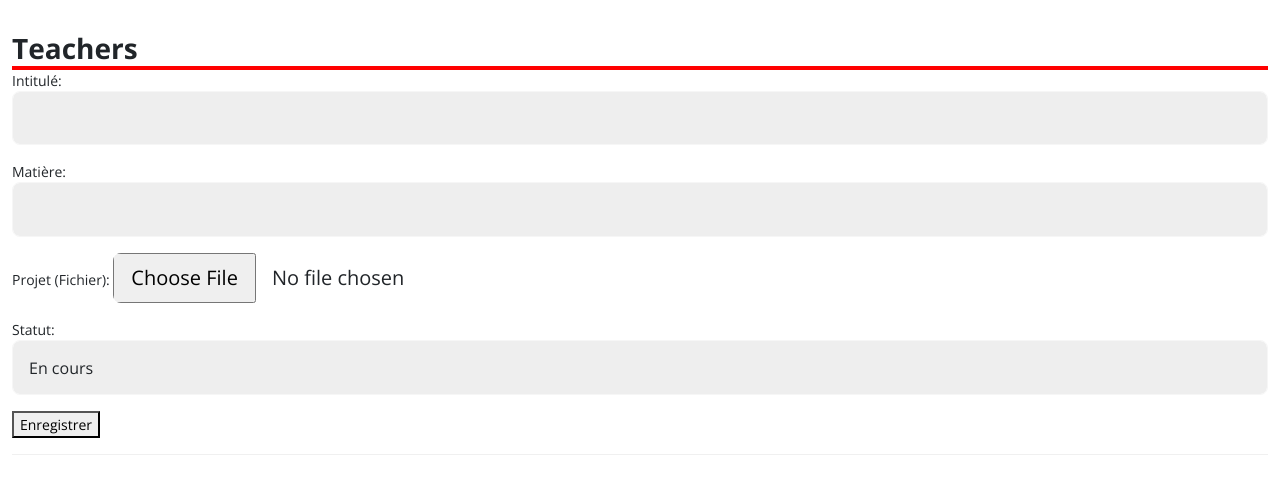
Repository: dimitri0004/Moodle
Page: http://localhost/enseignant/projet/ajouter
The author's editor kept a copy of each file at every save. The page is drawn from the files as they stood at one save, then again after the next save.
The browser window is 1280 px wide. The pictures show the whole page.
The page is served by the project's application, run on Django 4.2 (manage.py). Other server files are loaded and not shown.

Above is the page before, as saved 2023-08-16 14:56:43.
Console error: TypeError: Cannot set properties of null (setting 'innerHTML')

### templates/Enseignant/projet.html
{% extends "base.html" %}
{% block content %}
<!DOCTYPE html>
<html lang="en">
<head>
    <meta charset="UTF-8">
    <title>Ajouter un projet</title>
</head>
<body>
    <div class="body d-flex py-lg-3 py-md-2">
        <div class="container-xxl">
            <div class="row">
                <div class="col-md-12">
                    <div class="card border-0 mb-4 no-bg">
                        <div class="card-header py-3 px-0  align-items-center  justify-content-between border-bottom">
                            <h3 class=" fw-bold flex-fill mb-0" style="border-bottom: 4px solid red; ">Teachers</h3>


                            <form method="post"   enctype="multipart/form-data">
                                {% csrf_token %}
                                <div class="col-12">
                                    <div class="mb-2">
                                    {{ form.as_p }}
                                    </div>
                                </div>
                                <button type="submit">Enregistrer</button>
                            </form>
                       </div>
                    </div>
                </div>
            </div>
        </div>
    </div>
</body>
</html>


{% endblock %}

### templates/base.html
{% load static %}
<!DOCTYPE html>
<html lang="en">
<head>
    <meta charset="UTF-8">
    <meta name="viewport" content="width=device-width, initial-scale=1.0">
    <title>Document</title>

    <link rel="icon" href="favicon.ico" type="image/x-icon"> <!-- Favicon-->

    <!-- plugin css file  -->
    <link rel="stylesheet" href="{% static 'assets/css/carousel.min.css' %}" />
    <!-- project css file  -->
    <link rel="stylesheet" href="{% static 'assets/css/e-learn.style.min.css' %}">
    <!-- Google Code  -->
    <script async src="https://www.googletagmanager.com/gtag/js?id=UA-264428387-1"></script>
    <script>
      window.dataLayer = window.dataLayer || [];
      function gtag(){dataLayer.push(arguments);}
      gtag('js', new Date());

      gtag('config', 'UA-264428387-1');
    </script>

    <script src="{% static 'assets/bundles/libscripts.bundle.js' %}"></script>

    <!-- Plugin Js-->
    <script src="{% static 'assets/bundles/carousel.bundle.js' %}"></script>
    <script src="{% static 'assets/bundles/apexcharts.bundle.js' %}"></script>

    <!-- Jquery Page Js -->
    <script src="{% static 'js/template.js' %}"></script>
    <script src="{% static 'js/page/elearn-index.js' %}"></script>
</head>
<body>
   {% if user.is_authenticated %}

    {% include "_partiels/nav.html" %}
   {% endif %}


    {% block content %}{% endblock %}
</body>
</html>

### AppEcole/forms.py
from django import forms
from .models import Devoir

class ProjetForm(forms.ModelForm):
    intitule = forms.CharField(label='Intitulé', widget=forms.TextInput(attrs={
        'class': 'form-control form-control-lg'
    }))
    matiere = forms.CharField(label='Matière', widget=forms.TextInput(attrs={
        'class': 'form-control form-control-lg'
    }))
    projet = forms.FileField(label='Projet (Fichier)', widget=forms.ClearableFileInput(attrs={
        'class': 'form-control-file  form-control-lg'
    }))
    statut = forms.ChoiceField(label='Statut', choices=Devoir.STATUT_CHOICES, widget=forms.Select(attrs={
        'class': 'form-control form-control-lg'
    }))

    class Meta:
        model = Devoir
        fields = ['intitule', 'matiere', 'projet', 'statut']

### AppEcole/models.py
from django.db import models
from django.contrib.auth.models import AbstractUser
class User(AbstractUser):
    ETUDIANT= " ETUDIANT"
    ENSEIGNANT="ENSEIGNANT"
    ADMINISTRATEUR=" ADMINISTRATEUR"

    ROLE_CHOICES = (
        ('ETUDIANT', 'Etudiant'),
        ('ENSEIGNANT', 'Enseignant'),
        ('ADMINISTRATEUR', 'Administrateur'),
    )

    role = models.CharField(max_length=30, choices=ROLE_CHOICES, verbose_name='Rôle')
    birthdate = models.DateField(null=True, blank=False)
    identifiant = models.CharField(max_length=20, null=True, blank=False)

    def __str__(self):
        return self.username

class Devoir(models.Model):

    STATUT_CHOICES = [
        ('en_cours', 'En cours'),
        ('soumis', 'Soumis'),
        ('corrigé', 'Corrige'),
        ('traité', 'Traite'),
        ('archivé', 'Archivé'),
    ]
    intitule=models.CharField(max_length=255)
    matiere=models.CharField(max_length=255)
    statut = models.CharField(max_length=20, choices=STATUT_CHOICES)
    projet = models.FileField(upload_to='projets')

    def __str__(self):
        return self.intitule


# Create your models here.

### AppEcole/views.py
from django.shortcuts import render,redirect
from django.core.validators import validate_email
from django.contrib.auth.models import User
from django.db.models import Q
from django.contrib.auth.decorators import login_required
from django.contrib.auth import authenticate, login, logout
from .forms import ProjetForm


from django.contrib.auth import get_user_model

def index(request):
    return render(request,'index.html')

def inscription(request):
    error = False
    message = ""

    if request.method == "POST":
        username = request.POST.get('username')
        email = request.POST.get('email')
        nom = request.POST.get('nom')
        prenom = request.POST.get('prenom')
        password = request.POST.get('password')
        confirmePassword = request.POST.get('confirmePassword')
        role = request.POST.get('role')
        identifiant = request.POST.get('identifiant')
        date = request.POST.get('date')# Récupérer le rôle du formulaire

        try:
            validate_email(email)
        except:
            error = True
            message = "Entrer un email valide svp"

        User = get_user_model()  # Obtenir le modèle utilisateur personnalisé

        user = User.objects.filter(Q(email=email) | Q(username=username)).first()
        if user:
            error = True
            message = f"L'email {email} ou le nom d'utilisateur {nom} est déjà utilisé par un utilisateur"

        if password != confirmePassword:
            error = True
            message = "Les deux mots de passe ne sont pas identiques"

        if error == False:
            user = User(

                username=username,
                email=email,
                last_name=nom,
                first_name=prenom,
                identifiant=identifiant,
                role=role,
                birthdate=date# Enregistrer le rôle dans le modèle
            )
            user.set_password(password)
            user.save()
            return redirect('acceuil')

    context = {
        'error': error,
        'message': message
    }
    return render(request, 'Utilisateur/inscription.html', context)

def connexion(request):
    error=False
    message=""
    if request.method=="POST":

        email=request.POST.get('email', None)
        password=request.POST.get('password', None)

        User = get_user_model()
        user=User.objects.filter(email=email).first()
        if user:
            user=authenticate(username=user.username, password=password)
            if user:
                login(request, user)
                return redirect('acceuil')
            else:
                error=True
                message="mot de passe  incorrecte"
        else:
            error=True
            message="l'utilisateur n'existe pas"
    return render(request, 'Utilisateur/connexion.html', {'error':error, 'message':message})

def ajouter_projet(request):
    if request.method == 'POST':
        form = ProjetForm(request.POST, request.FILES)
        if form.is_valid():
            form.save()
            return redirect('ajouter_projet')  # Rediriger vers la liste des projets
    else:
        form = ProjetForm()

    context = {'form': form}
    return render(request, 'Enseignant/projet.html', context)

# Create your views here.

### MoodleProject/urls.py
"""
URL configuration for MoodleProject project.

The `urlpatterns` list routes URLs to views. For more information please see:
    https://docs.djangoproject.com/en/4.2/topics/http/urls/
Examples:
Function views
    1. Add an import:  from my_app import views
    2. Add a URL to urlpatterns:  path('', views.home, name='home')
Class-based views
    1. Add an import:  from other_app.views import Home
    2. Add a URL to urlpatterns:  path('', Home.as_view(), name='home')
Including another URLconf
    1. Import the include() function: from django.urls import include, path
    2. Add a URL to urlpatterns:  path('blog/', include('blog.urls'))
"""
from django.contrib import admin
from django.urls import path,include
from django.conf import settings
from django.conf.urls.static import static


urlpatterns = [
    path('admin/', admin.site.urls),
    path('', include('AppEcole.urls')),
]
if settings.DEBUG:
    urlpatterns += static(settings.MEDIA_URL,
    document_root=settings.MEDIA_ROOT)

### AppEcole/urls.py
from django.urls import path
from .views import index, inscription, connexion,ajouter_projet
urlpatterns = [
    path('acceuil', index, name='acceuil'),
    path('inscription/', inscription, name='register'),
    path('connexion/', connexion, name='login'),
    path('enseignant/projet/ajouter', ajouter_projet, name='ajouter_projet'),

]

### static/assets/css/carousel.min.css
.owl-carousel,.owl-carousel .owl-item{-webkit-tap-highlight-color:transparent;position:relative}.owl-carousel{display:none;width:100%;z-index:1}.owl-carousel .owl-stage{position:relative;-ms-touch-action:pan-Y;-moz-backface-visibility:hidden}.owl-carousel .owl-stage:after{content:".";display:block;clear:both;visibility:hidden;line-height:0;height:0}.owl-carousel .owl-stage-outer{position:relative;overflow:hidden;-webkit-transform:translate3d(0, 0, 0)}.owl-carousel .owl-item,.owl-carousel .owl-wrapper{-webkit-backface-visibility:hidden;-moz-backface-visibility:hidden;-ms-backface-visibility:hidden;-webkit-transform:translate3d(0, 0, 0);-moz-transform:translate3d(0, 0, 0);-ms-transform:translate3d(0, 0, 0)}.owl-carousel .owl-item{min-height:1px;float:left;-webkit-backface-visibility:hidden;-webkit-touch-callout:none}.owl-carousel .owl-item img{display:block;width:100%}.owl-carousel .owl-dots.disabled,.owl-carousel .owl-nav.disabled{display:none}.no-js .owl-carousel,.owl-carousel.owl-loaded{display:block}.owl-carousel .owl-dot,.owl-carousel .owl-nav .owl-next,.owl-carousel .owl-nav .owl-prev{cursor:pointer;cursor:hand;-webkit-user-select:none;-khtml-user-select:none;-moz-user-select:none;-ms-user-select:none;user-select:none}.owl-carousel.owl-loading{opacity:0;display:block}.owl-carousel.owl-hidden{opacity:0}.owl-carousel.owl-refresh .owl-item{visibility:hidden}.owl-carousel.owl-drag .owl-item{-webkit-user-select:none;-moz-user-select:none;-ms-user-select:none;user-select:none}.owl-carousel.owl-grab{cursor:move;cursor:grab}.owl-carousel.owl-rtl{direction:rtl}.owl-carousel.owl-rtl .owl-item{float:right}.owl-carousel .animated{animation-duration:1s;animation-fill-mode:both}.owl-carousel .owl-animated-in{z-index:0}.owl-carousel .owl-animated-out{z-index:1}.owl-carousel .fadeOut{animation-name:fadeOut}@keyframes fadeOut{0%{opacity:1}100%{opacity:0}}.owl-height{transition:height .5s ease-in-out}.owl-carousel .owl-item .owl-lazy{opacity:0;transition:opacity .4s ease}.owl-carousel .owl-item img.owl-lazy{transform-style:preserve-3d}.owl-carousel .owl-video-wrapper{position:relative;height:100%;background:#000}.owl-carousel .owl-video-play-icon{position:absolute;height:80px;width:80px;left:50%;top:50%;margin-left:-40px;margin-top:-40px;background:url(owl.video.play.html) no-repeat;cursor:pointer;z-index:1;-webkit-backface-visibility:hidden;transition:transform .1s ease}.owl-carousel .owl-video-play-icon:hover{-ms-transform:scale(1.3, 1.3);transform:scale(1.3, 1.3)}.owl-carousel .owl-video-playing .owl-video-play-icon,.owl-carousel .owl-video-playing .owl-video-tn{display:none}.owl-carousel .owl-video-tn{opacity:0;height:100%;background-position:center center;background-repeat:no-repeat;background-size:contain;transition:opacity .4s ease}.owl-carousel .owl-video-frame{position:relative;z-index:1;height:100%;width:100%}

### static/js/template.js
if (typeof jQuery === "undefined") {
    throw new Error("jQuery plugins need to be before this file");
}

$(function() {
    "use strict";

    // main sidebar toggle js
    $('.menu-toggle').on('click', function () {
        $('.sidebar').toggleClass('open');
        $('.open').removeClass('sidebar-mini');
    });

    // layout a sidebar mini version
    $('.sidebar-mini-btn').on('click', function () {
        $('.sidebar').toggleClass('sidebar-mini');
        $('.sidebar-mini').removeClass('open');
    });

    // chat page chatlist toggle js
    $('.chatlist-toggle').on('click', function () {
        $('.card-chat').toggleClass('open');
    });

    $(".theme-rtl input").on('change',function() {
        if(this.checked) {
            $("body").addClass('rtl_mode');
        }else{
            $("body").removeClass('rtl_mode');
        }

    });

    // cSidebar overflow daynamic height

    overFlowDynamic();

    $(window).resize(function(){
        overFlowDynamic();
    });

    function overFlowDynamic(){
        var sideheight=$(".sidebar.sidebar-mini").height() + 48;

        if(sideheight <= 760) {
            $(".sidebar.sidebar-mini").css( "overflow", "scroll");
        }
        else{
            $(".sidebar.sidebar-mini").css( "overflow", "visible");
        }
    }


    // Dropdown scroll hide using table responsive

    $('.table-responsive').on('show.bs.dropdown', function () {
        $('.table-responsive').css( "overflow", "inherit" );
    });

    $('.table-responsive').on('hide.bs.dropdown', function () {
            $('.table-responsive').css( "overflow", "auto" );
    })

    // light and dark theme setting js
    var toggleSwitch = document.querySelector('.theme-switch input[type="checkbox"]');
    var toggleHcSwitch = document.querySelector('.theme-high-contrast input[type="checkbox"]');
    var currentTheme = localStorage.getItem('theme');
    if (currentTheme) {
        document.documentElement.setAttribute('data-theme', currentTheme);

        if (currentTheme === 'dark') {
            toggleSwitch.checked = true;
        }
        if (currentTheme === 'high-contrast') {
            toggleHcSwitch.checked = true;
            toggleSwitch.checked = false;
        }
    }
    function switchTheme(e) {
        if (e.target.checked) {
            document.documentElement.setAttribute('data-theme', 'dark');
            localStorage.setItem('theme', 'dark');
            $('.theme-high-contrast input[type="checkbox"]').prop("checked", false);
        }
        else {
            document.documentElement.setAttribute('data-theme', 'light');
            localStorage.setItem('theme', 'light');
        }
    }
    toggleSwitch.addEventListener('change', switchTheme, false);
    // end
});

// live support team js
$(function() {
    "use strict";
    var Tawk_API=Tawk_API||{}, Tawk_LoadStart=new Date();
    (function(){
        var s1=document.createElement("script"),s0=document.getElementsByTagName("script")[0];
        s1.async=true;
        s1.src='https://embed.tawk.to/6051a040f7ce18270930e55a/1f0vdjvfu';
        s1.charset='UTF-8';
        s1.setAttribute('crossorigin','*');
        s0.parentNode.insertBefore(s1,s0);
    })();
});

### static/js/page/elearn-index.js
if (typeof jQuery === "undefined") {
    throw new Error("jQuery plugins need to be before this file");
}
$(function() {
    "use strict";
    var tooltipTriggerList = [].slice.call(document.querySelectorAll('[data-bs-toggle="tooltip"]'))
    var tooltipList = tooltipTriggerList.map(function (tooltipTriggerEl) {
        return new bootstrap.Tooltip(tooltipTriggerEl)
    })

    /*****Owl Slider************/
    $(document).ready(function(){
        $('.owl-carouselone').owlCarousel({
            stagePadding: 30,
            loop:true,
            margin:10,
            nav:true,
            navText: ["<img src='../dist/assets/images/stylish-left.png'>","<img src='../dist/assets/images/stylish-right.png'>"],
            responsive:{
                0:{
                    items:1
                },
                480:{
                    items:3
                },
                600:{
                    items:3
                },
                740:{
                    items:6
                },
                1000:{
                    items:2
                },
                1100:{
                    items:3
                },
                1400:{
                    items:3
                },
                1500:{
                    items:4
                }
            }
        })

        $('.owl-carouseltwo').owlCarousel({
            loop:true,
            margin:5,
            autoplay:true,
            autoplayTimeout:4000,
            autoplayHoverPause:true,
            responsive:{
                0:{
                    items:1
                },
                480:{
                    items:1
                },
                600:{
                    items:1
                },
                1000:{
                    items:2
                },
                1100:{
                    items:2
                },
                1400:{
                    items:3
                }
            }
        })
    });

    // basic-column
    $(document).ready(function() {
        var options = {
            chart: {
                height: 350,
                type: 'bar',
            },
            colors: ['var(--chart-color1)', 'var(--chart-color2)', 'var(--chart-color4)'],
            plotOptions: {
                bar: {
                    horizontal: false,
                    columnWidth: '55%',
                    endingShape: 'rounded'
                },
            },
            dataLabels: {
                enabled: false
            },
            stroke: {
                show: true,
                width: 2,
                colors: ['transparent']
            },
            series: [{
                name: 'Listening',
                data: [44, 55, 57, 56, 61, 58, 63, 60, 66]
            }, {
                name: 'Writing',
                data: [76, 85, 101, 98, 87, 105, 91, 114, 94]
            }, {
                name: 'Video View',
                data: [35, 41, 36, 26, 45, 48, 52, 53, 41]
            }],
            xaxis: {
                categories: ['Feb', 'Mar', 'Apr', 'May', 'Jun', 'Jul', 'Aug', 'Sep', 'Oct'],
            },
            yaxis: {
                title: {
                    text: ''
                }
            },
            fill: {
                opacity: 1

            },
            tooltip: {
                y: {
                    formatter: function (val) {
                        return "$ " + val + " thousands"
                    }
                }
            }
        }

        var chart = new ApexCharts(
            document.querySelector("#apex-basic-column"),
            options
        );

        chart.render();
    });


});
/*****digital-clock************/
function date_time(id){
    date = new Date;
    h = date.getHours();
    if(h<10)
    {
            h = "0"+h;
    }
    m = date.getMinutes();
    if(m<10)
    {
            m = "0"+m;
    }
    s = date.getSeconds();
    if(s<10)
    {
            s = "0"+s;
    }
    document.getElementById("s").innerHTML = ''+s;
    document.getElementById("m").innerHTML = ''+m;
    document.getElementById("h").innerHTML = ''+h;
    setTimeout('date_time("'+"s"+'");','1000');
    return true;
}
window.onload = date_time('s');

Loaded but not shown: static/assets/css/e-learn.style.min.css (library); static/assets/bundles/libscripts.bundle.js (library); static/assets/bundles/carousel.bundle.js (library); static/assets/bundles/apexcharts.bundle.js (library)

After the next save:
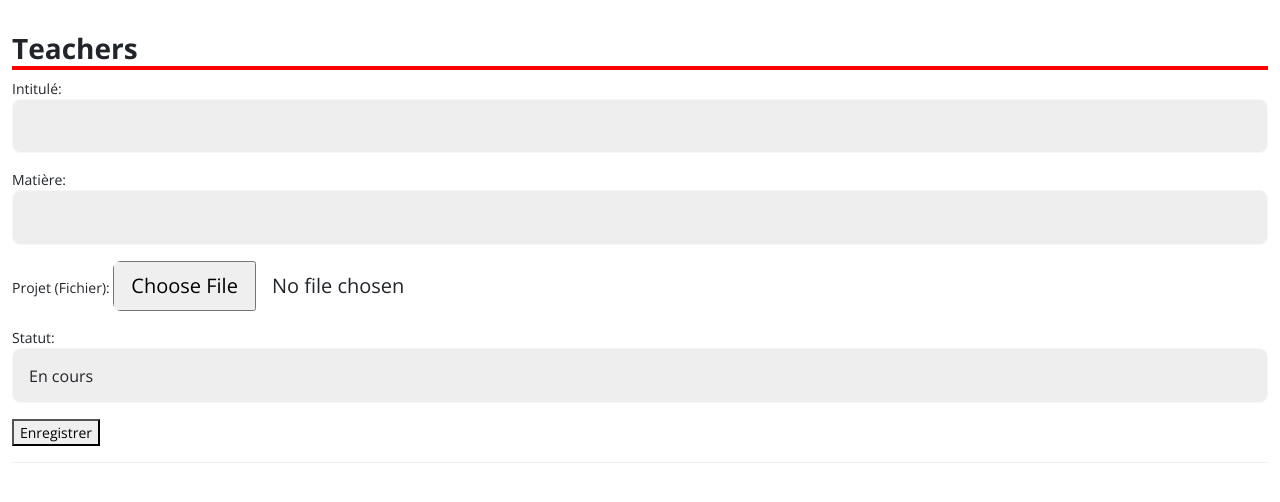
Saved 5 s later.
--- a/templates/Enseignant/projet.html
+++ b/templates/Enseignant/projet.html
@@ -13,7 +13,7 @@
                 <div class="col-md-12">
                     <div class="card border-0 mb-4 no-bg">
                         <div class="card-header py-3 px-0  align-items-center  justify-content-between border-bottom">
-                            <h3 class=" fw-bold flex-fill mb-0" style="border-bottom: 4px solid red; ">Teachers</h3>
+                            <h3 class=" fw-bold flex-fill mb-2px" style="border-bottom: 4px solid red; ">Teachers</h3>
 
 
                             <form method="post"   enctype="multipart/form-data">
